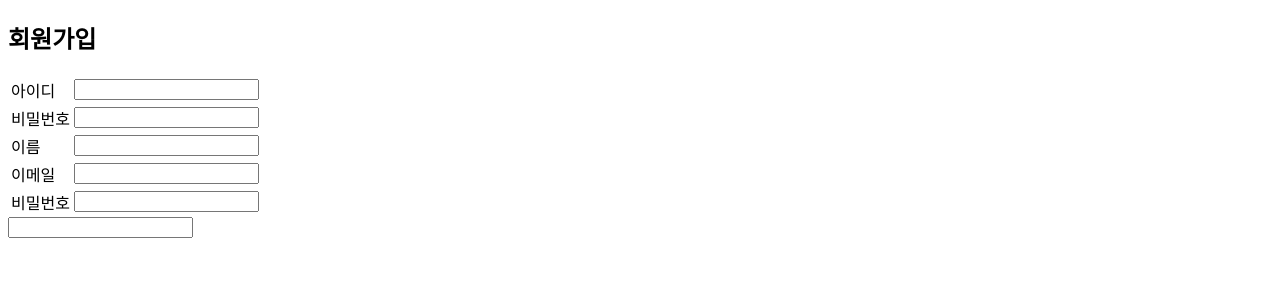
Repository: Idooru/academy_servlet
Page: pro07/WebContent/memberForm.html
These files come from the project's save history. The page is drawn as it stood at one moment and after a run of saves; the edit follows.
The browser window is 1280 px wide. The pictures show the whole page.

Above is the page before, as saved 2023-09-05 00:51:30.

After the next 2 saves:
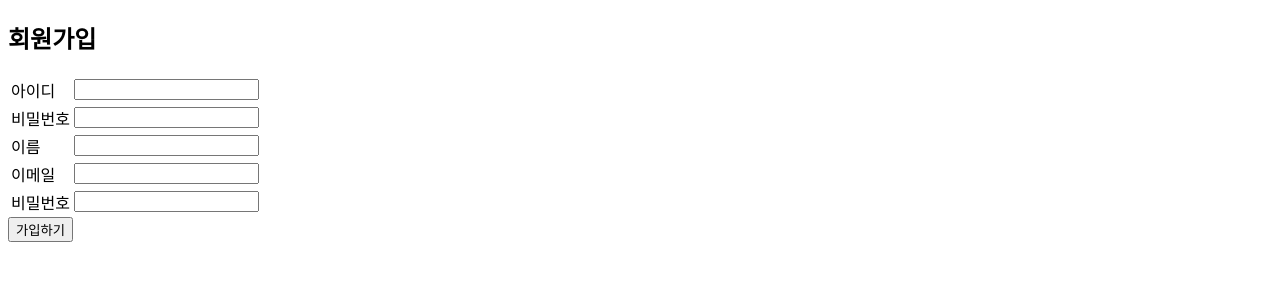
The 2 saves are shown as one change because they came seconds apart.
The last was saved 33 s later.
--- a/pro07/WebContent/memberForm.html
+++ b/pro07/WebContent/memberForm.html
@@ -32,7 +32,7 @@
 				<td><input type="password" name="pwd" /></td>
 			</tr>
 		</table>
-		<input />
+		<input type="button" value="가입하기" onclick="fn_sendMember()" />
 	</form>
 
 </body>
